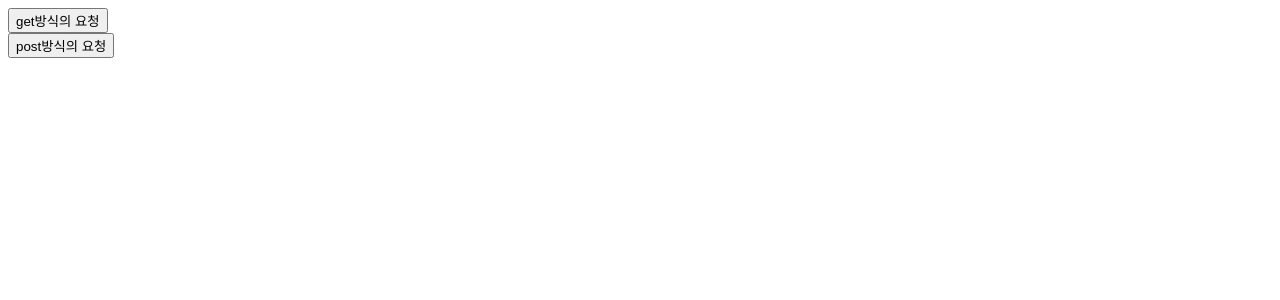
Repository: kimwoongasd/JSPAndServlet
Page: http://localhost/day1222/
An editor plug-in stored every save of this project. The page is shown before and after the next save, followed by the edit.
The browser window is 1280 px wide. The pictures show the whole page.
The page is served by Tomcat 9. Other server files are loaded and not shown.

Above is the page before, as saved 2023-12-22 06:44:34.

### day1222/src/main/webapp/index.jsp
<%@ page language="java" contentType="text/html; charset=UTF-8"
    pageEncoding="UTF-8"%>
<!DOCTYPE html>
<html>
<head>
<meta charset="UTF-8">
<title>Insert title here</title>
</head>
<body>
	<form action="hello" method="get">
		<input type="submit" value="get방식의 요청">
	</form>
	<form action="hello" method="post">
		<input type="submit" value="post방식의 요청">
	</form>
</body>
</html>

After the next save:
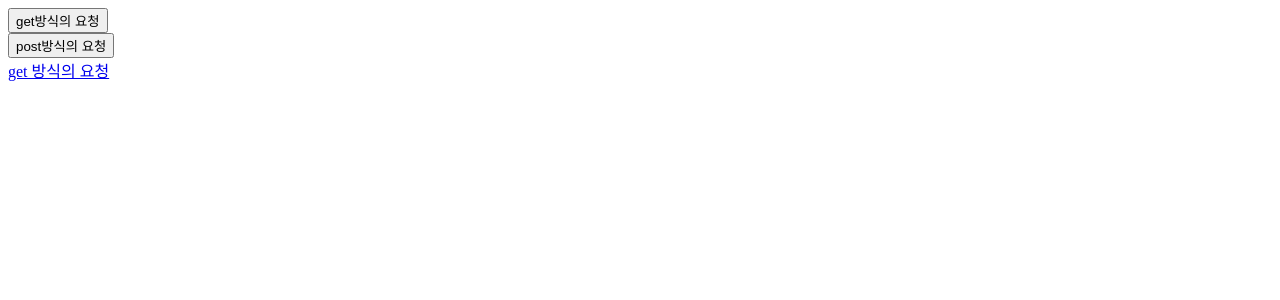
Saved 24 s later.
--- a/day1222/src/main/webapp/index.jsp
+++ b/day1222/src/main/webapp/index.jsp
@@ -13,5 +13,6 @@
 	<form action="hello" method="post">
 		<input type="submit" value="post방식의 요청">
 	</form>
+	<a href="hello">get 방식의 요청</a>
 </body>
 </html>
